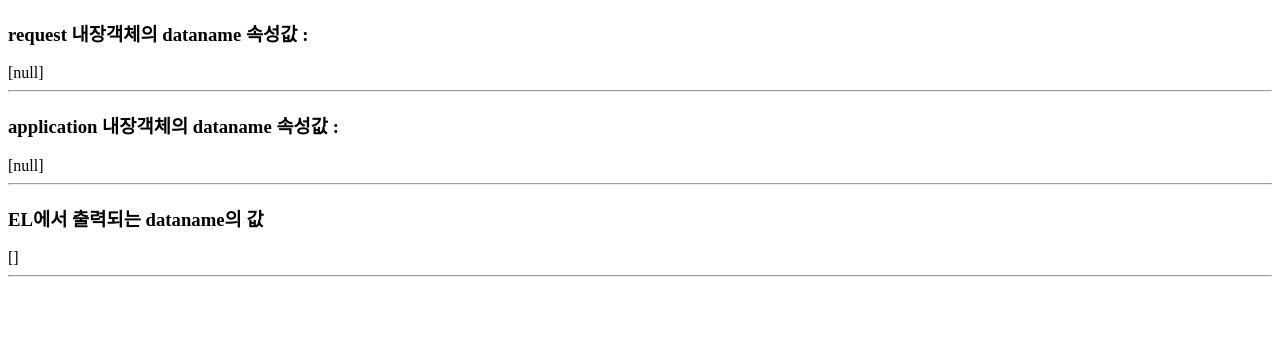
Repository: Gabintree/JDBC2019
Page: http://localhost/Jsp20190510_start/20190528_EL.jsp
These files come from the project's save history. The page is drawn as it stood at one moment and after the next save; the edit follows.
The browser window is 1280 px wide. The pictures show the whole page.
The page is served by Tomcat 9. The template is opened directly, without the code that normally fills it, so the values that code supplies are empty.

Above is the page before, as saved 2019-05-28 01:54:48.

### Jsp20190510_start/WebContent/20190528_EL.jsp
<%@ page language="java" contentType="text/html; charset=UTF-8"
    pageEncoding="UTF-8"%>
<!DOCTYPE html>
<html>
<head>
<meta charset="UTF-8">
<title>EL을 이용한 JSP 내장객체 사용</title>
</head>
<%
	request.setAttribute("datename", "requset Attribute");
	application.setAttribute("datename", "application Attribute");
%>
<body>

	<h3>request 내장객체의 dataname 속성값 : </h3>
	[<%= request.getAttribute("dataname") %>]<hr>
	<h3>application 내장객체의 dataname 속성값 : </h3>
	[<%= request.getAttribute("dataname") %>]<hr>
	<h3>EL에서 출력되는 dataname의 값</h3>
	[${dataname}]<hr>





</body>
</html>

After the next save:
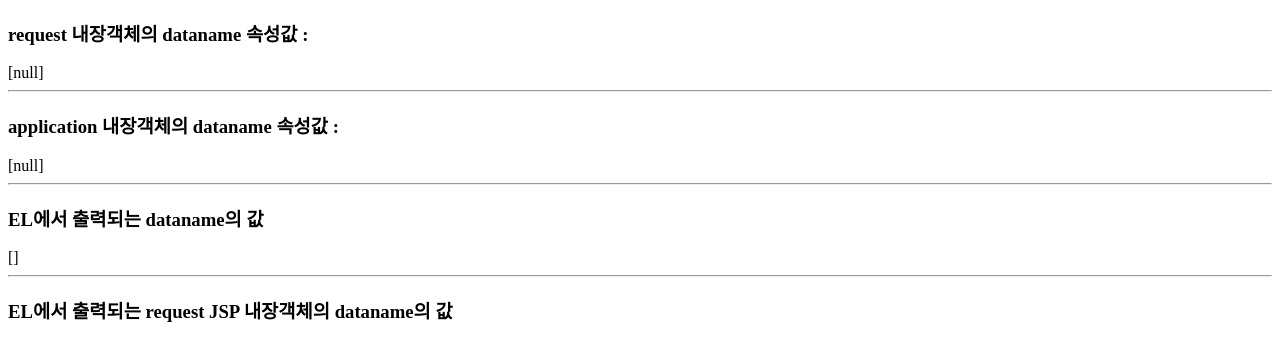
Saved 28 s later.
--- a/Jsp20190510_start/WebContent/20190528_EL.jsp
+++ b/Jsp20190510_start/WebContent/20190528_EL.jsp
@@ -18,7 +18,7 @@
 	[<%= request.getAttribute("dataname") %>]<hr>
 	<h3>EL에서 출력되는 dataname의 값</h3>
 	[${dataname}]<hr>
-
+	<h3>EL에서 출력되는 request JSP 내장객체의 dataname의 값</h3>
 
 
 
